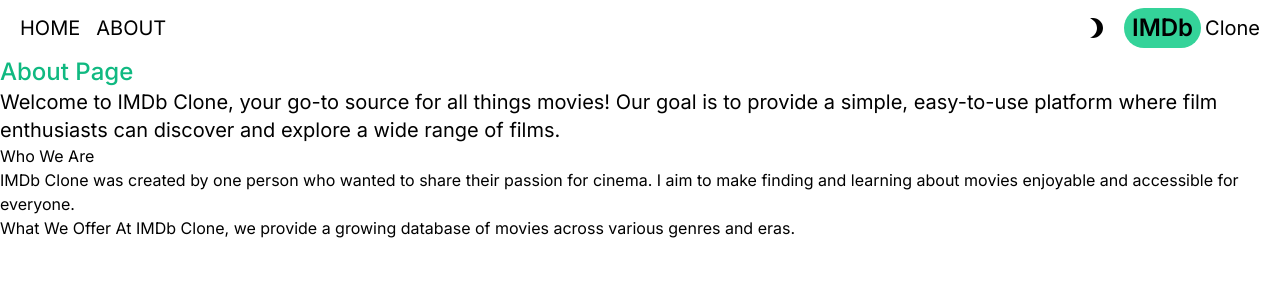
Repository: Tan28-art/Next-JS-Movie-Site
Page: /about (app in starter/)
An editor plug-in stored every save of this project. The page is shown before and after the next save, followed by the edit.
The browser window is 1280 px wide. The pictures show the whole page.
The project was rebuilt for these pictures with package versions that can differ from the ones it lists, and the page was loaded fresh each time. The framework's server and built-in components were replaced by stand-ins that run in the browser. Also part of the build but not shown: starter/next.config.mjs.

Above is the page before, as saved 2024-07-23 17:53:41.

After the next save:
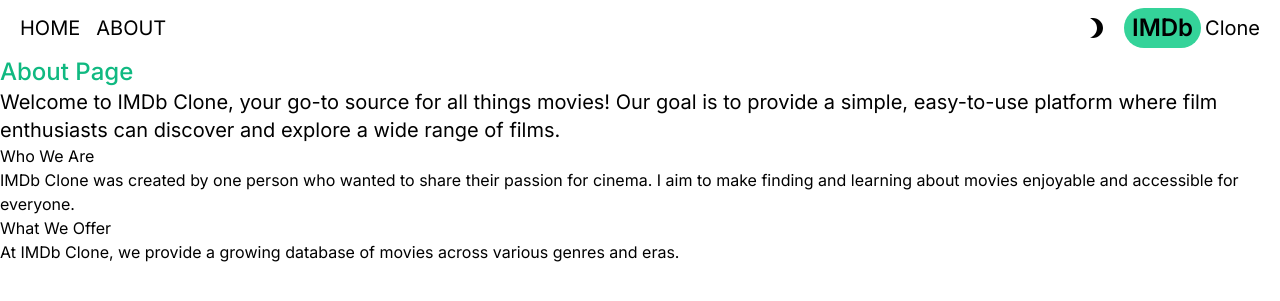
Saved 7 s later.
--- a/starter/app/about/page.tsx
+++ b/starter/app/about/page.tsx
@@ -15,7 +15,7 @@
         learning about movies enjoyable and accessible for everyone.
       </p>
       <p>
-        What We Offer At IMDb Clone, we provide a growing database of movies
+        <p>What We Offer</p> At IMDb Clone, we provide a growing database of movies
         across various genres and eras.
       </p>
     </div>
